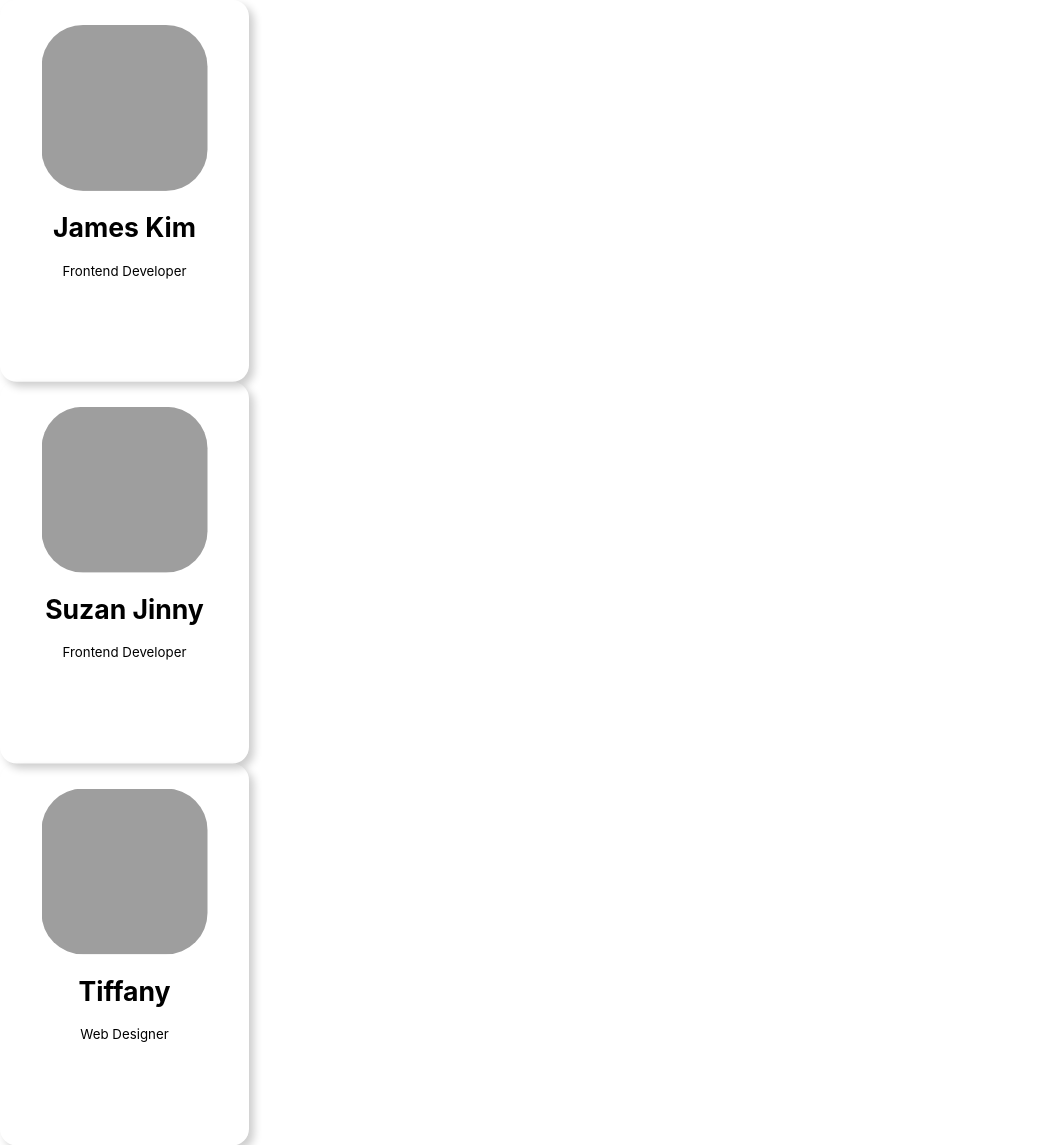
Repository: dnjfht/css-example
Page: /
An editor plug-in stored every save of this project. The page is shown before and after the next save, followed by the edit.
The browser window is 1280 px wide. The pictures show the whole page, at 83% of full size.
Pictures or frames that could not be fetched are drawn as grey boxes. The project was rebuilt for these pictures with package versions that can differ from the ones it lists, and the page was loaded fresh each time. Also part of the build but not shown: src/App.css.

Above is the page before, as saved 2023-05-09 09:16:09.

### src/App.js
import "./App.css";
import Profile from "./components/Profile";

function App() {
  return (
    <>
      <Profile
        image="https://images.unsplash.com/photo-1618641986557-1ecd230959aa?ixlib=rb-4.0.3&ixid=MnwxMjA3fDB8MHxwaG90by1wYWdlfHx8fGVufDB8fHx8&auto=format&fit=crop&w=687&q=80"
        name="James Kim"
        job="Frontend Developer"
      />
      <Profile
        image="https://images.unsplash.com/photo-1535418193292-403b64871181?ixlib=rb-4.0.3&ixid=MnwxMjA3fDB8MHxwaG90by1wYWdlfHx8fGVufDB8fHx8&auto=format&fit=crop&w=685&q=80"
        name="Suzan Jinny"
        job="Frontend Developer"
      />
      <Profile
        image="https://images.unsplash.com/photo-1508285296015-c0b524447532?ixlib=rb-4.0.3&ixid=MnwxMjA3fDB8MHxwaG90by1wYWdlfHx8fGVufDB8fHx8&auto=format&fit=crop&w=701&q=80"
        name="Tiffany"
        job="Web Designer"
      />
    </>
  );
}

export default App;

### src/components/Profile.jsx
import React from "react";

export default function Profile(props) {
  return (
    <div
      style={{
        width: 240,
        height: 400,
        padding: "30px",
        textAlign: "center",
        borderRadius: 20,
        boxShadow: "6px 6px 10px rgba(0,0,0,0.2)",
      }}
    >
      <img
        style={{
          width: 200,
          height: 200,
          objectFit: "cover",
          borderRadius: 50,
        }}
        src={props.image}
        alt="profileImg"
      />
      <h1>{props.name}</h1>
      <p>{props.job}</p>
    </div>
  );
}

Loaded but not shown: public/index.html (common file); src/index.js (common file); src/index.css (common file); src/reportWebVitals.js (common file)

After the next save:
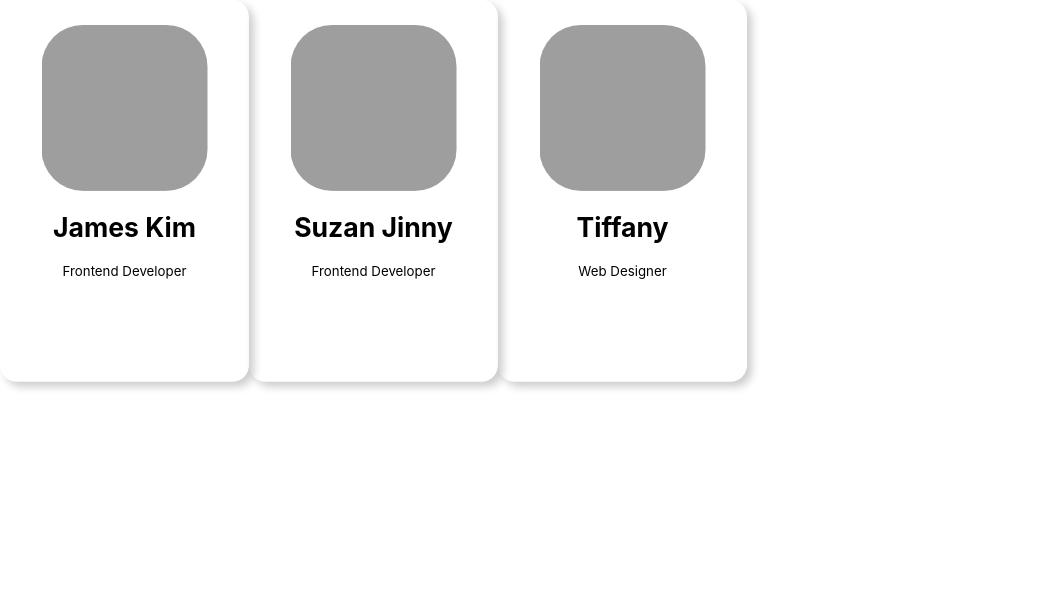
Saved 37 s later.
--- a/src/App.js
+++ b/src/App.js
@@ -3,7 +3,7 @@ import Profile from "./components/Profile";
 
 function App() {
   return (
-    <>
+    <div style={{ display: "flex" }}>
       <Profile
         image="https://images.unsplash.com/photo-1618641986557-1ecd230959aa?ixlib=rb-4.0.3&ixid=MnwxMjA3fDB8MHxwaG90by1wYWdlfHx8fGVufDB8fHx8&auto=format&fit=crop&w=687&q=80"
         name="James Kim"
@@ -19,7 +19,7 @@ function App() {
         name="Tiffany"
         job="Web Designer"
       />
-    </>
+    </div>
   );
 }
 
